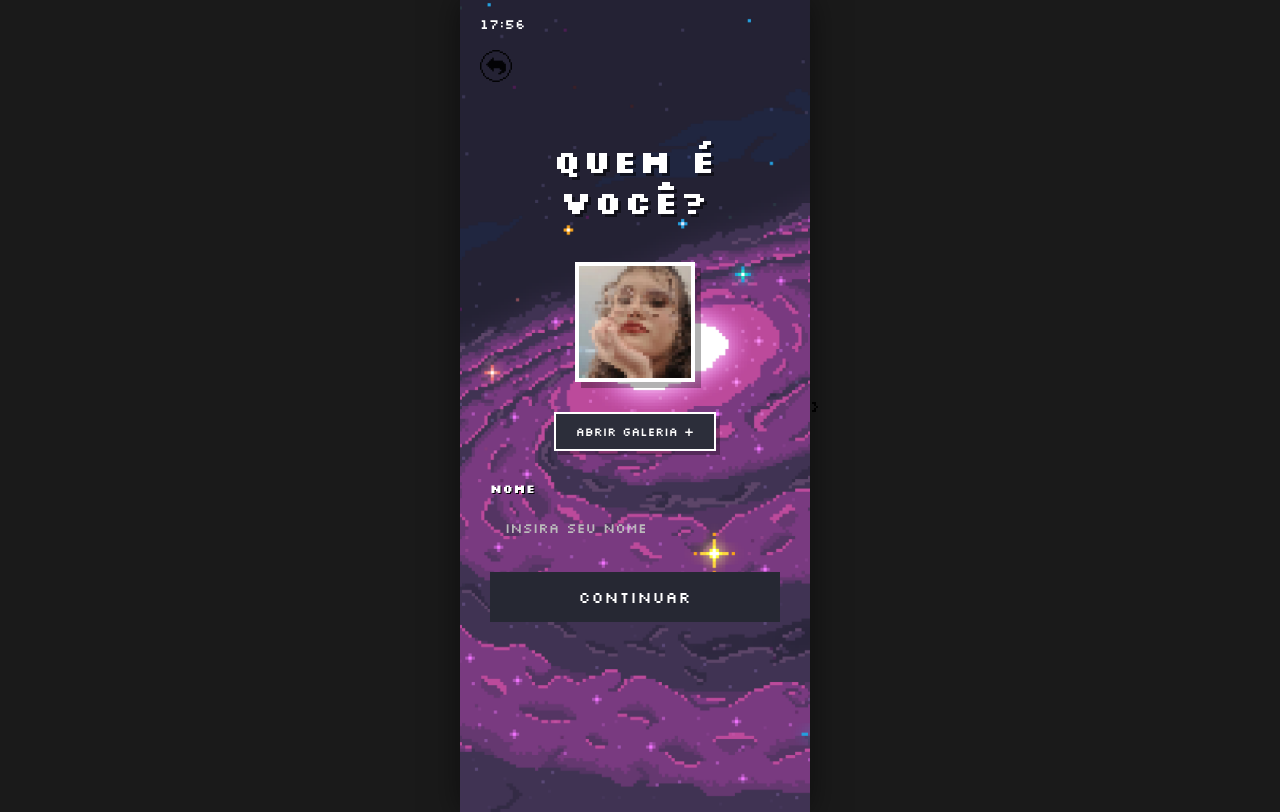
Repository: Davsool/Passport
Page: perfil.html
An editor plug-in stored every save of this project. The page is shown before and after the next save, followed by the edit.
The browser window is 1280 px wide. The pictures show the whole page.

Above is the page before, as saved 2025-12-30 02:20:14.

After the next save:
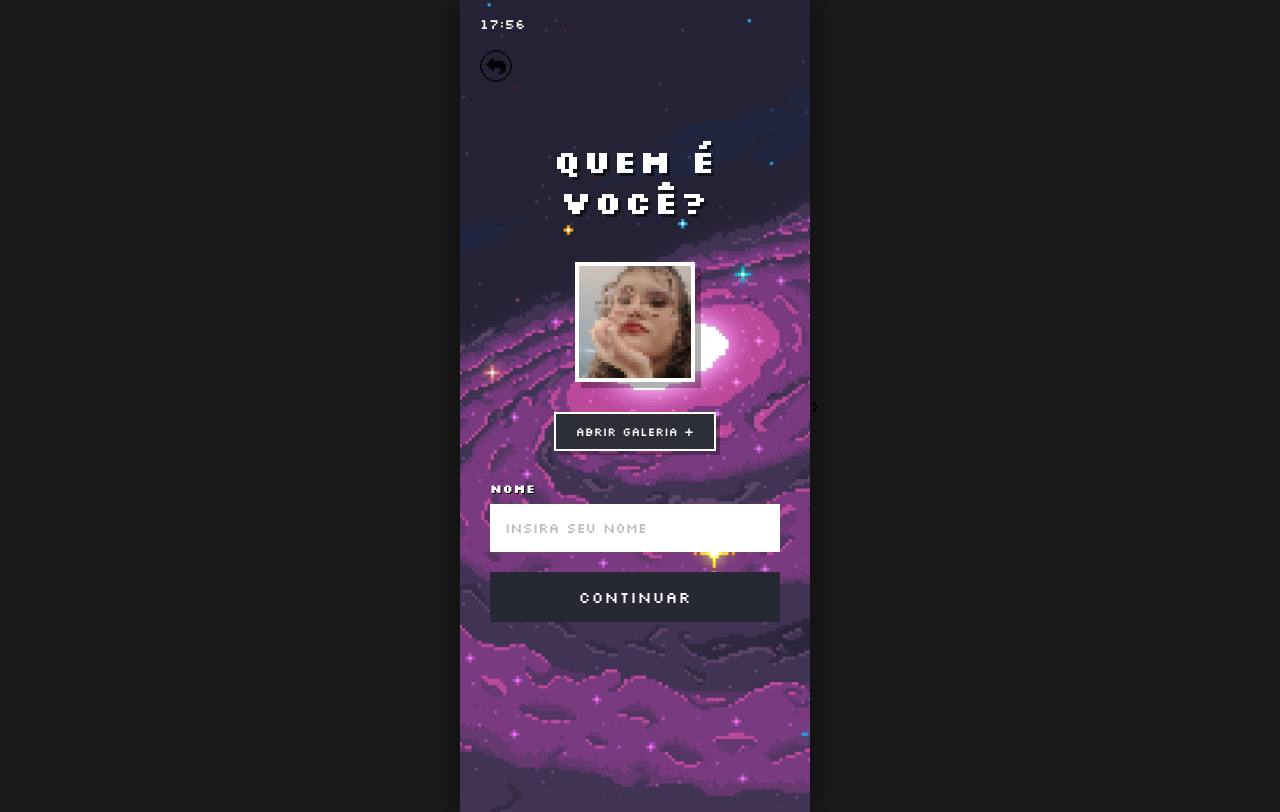
Saved 12 s later.
--- a/style.css
+++ b/style.css
@@ -101,7 +101,7 @@ input {
     padding: 15px;
     border: none;
     font-size: 14px;
-    background: transparent 90%;
+    background: #fff transparent 90%;
     color: #555;
     outline: none;
 }
